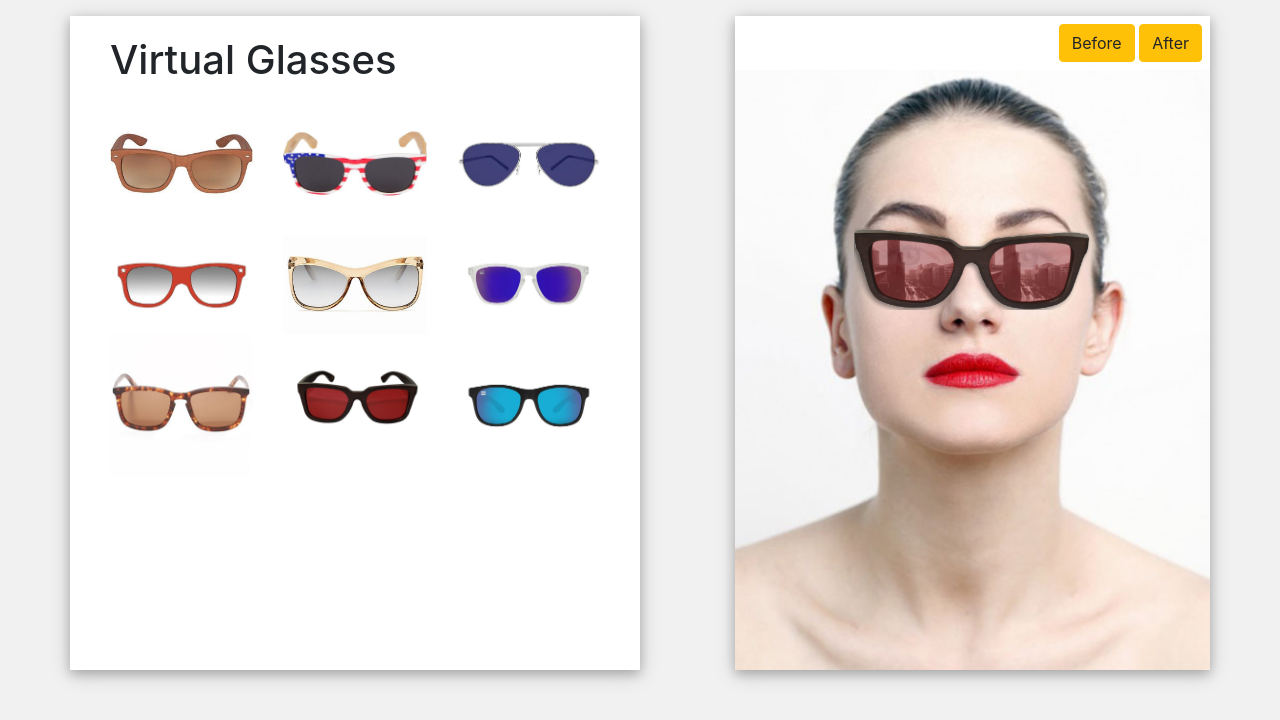
Repository: Khoi300399/BC35E_ES6_B2_MaThanhKhoi
Page: index.html
The author's editor kept a copy of each file at every save. The page is drawn from the files as they stood at one save, then again after the next save.
The browser window is 1280 px wide. The pictures show the whole page.

Above is the page before, as saved 2022-10-21 21:50:17.

After the next save:
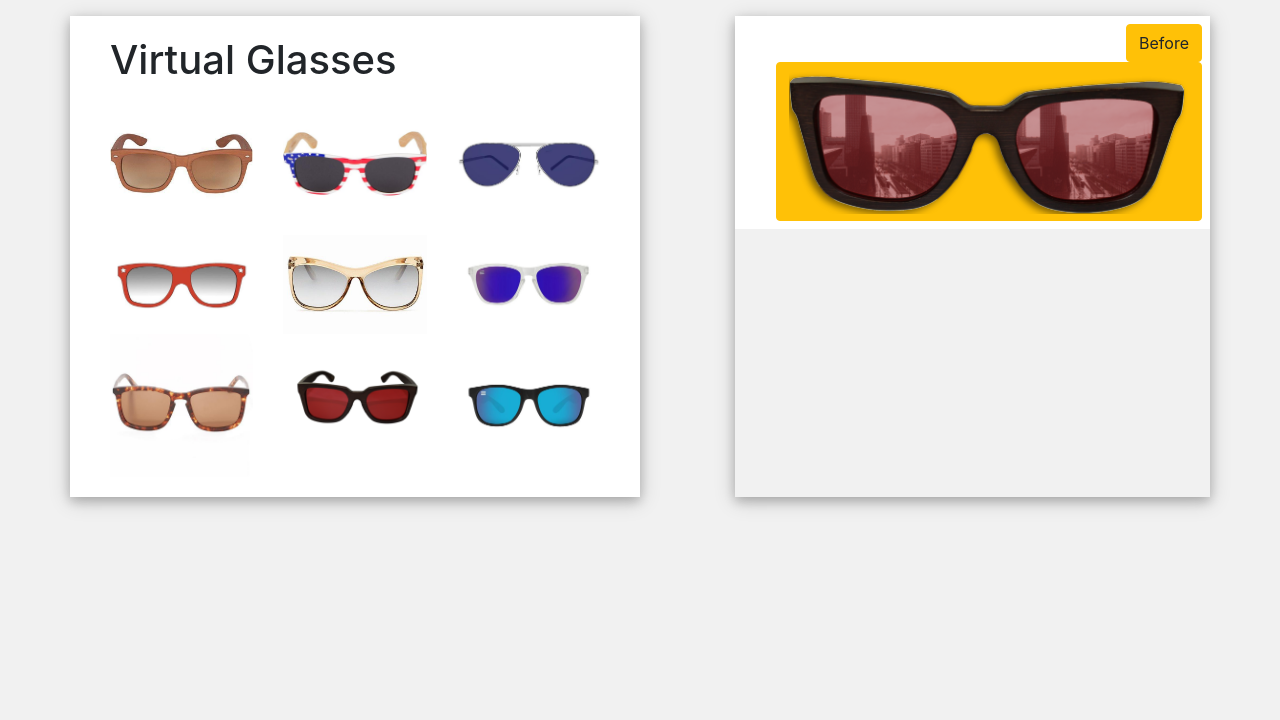
Console error (its wording comes from the project's code and is left out).
Saved 28 s later.
--- a/index.html
+++ b/index.html
@@ -35,10 +35,10 @@
         <div class="col-5 vglasses__right p-0">
           <div class="vglasses__card">
             <div class="mb-2 text-right mt-2 mr-2">
-              <button class="btn btn-warning" onclick="removeGlasses()">
+              <button class="btn btn-warning" onclick="removeGlasses(false)">
                 Before
               </button>
-              <button class="btn btn-warning">After</button>
+              <button class="btn btn-warning" onclick="removeGlasses(false)>After</button>
             </div>
             <div class="vglasses__model" id="avatar">
               <img src="./img/v8.png" alt="" />

After the save that followed:
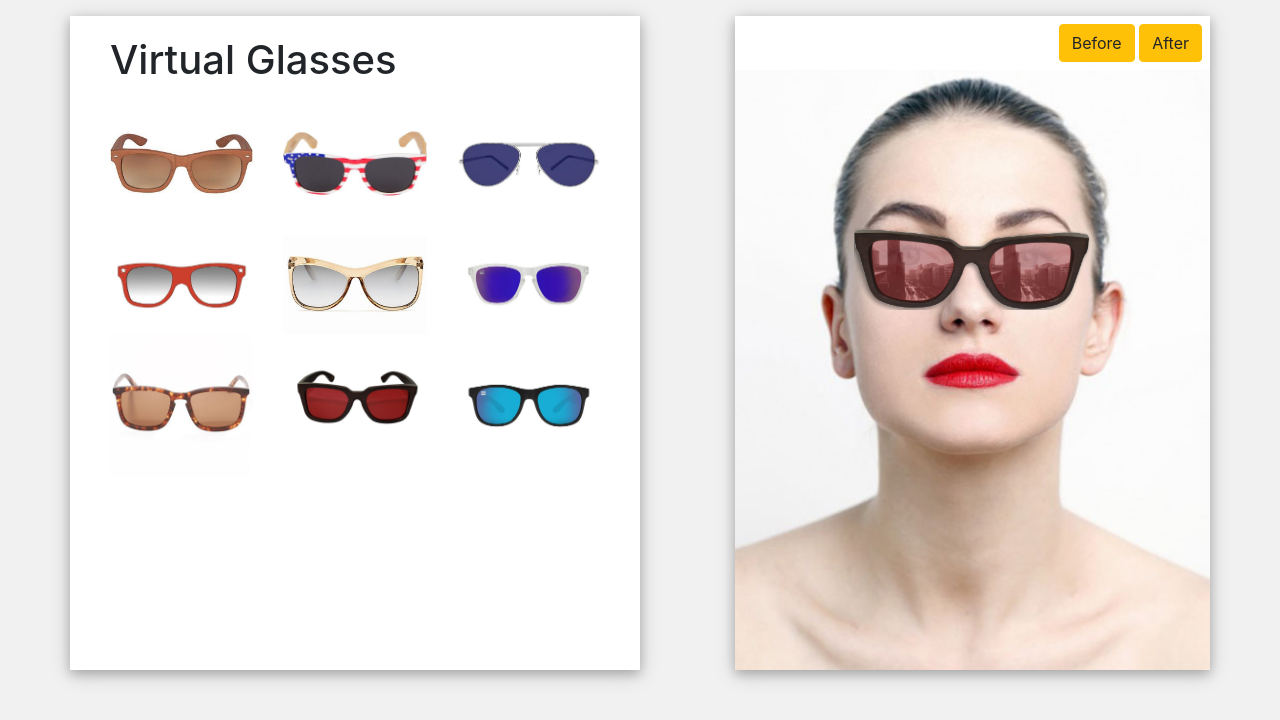
The error is gone.
Saved 18 s later.
--- a/index.html
+++ b/index.html
@@ -38,7 +38,9 @@
               <button class="btn btn-warning" onclick="removeGlasses(false)">
                 Before
               </button>
-              <button class="btn btn-warning" onclick="removeGlasses(false)>After</button>
+              <button class="btn btn-warning" onclick="removeGlasses(true)">
+                After
+              </button>
             </div>
             <div class="vglasses__model" id="avatar">
               <img src="./img/v8.png" alt="" />
